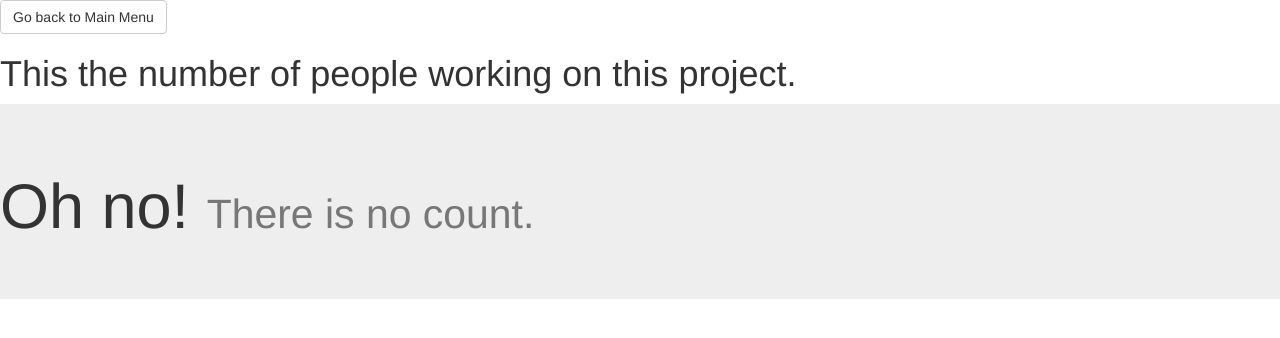
Repository: cpham19/DatabaseSite
Page: http://localhost/database/ViewCount.jsp
These files come from the project's save history. The page is drawn as it stood at one moment and after the next save; the edit follows.
The browser window is 1280 px wide. The pictures show the whole page.
The page is served by Tomcat 9. The template is opened directly, without the code that normally fills it, so the values that code supplies are empty.

Above is the page before, as saved 2017-08-03 21:43:56.

After the next save:
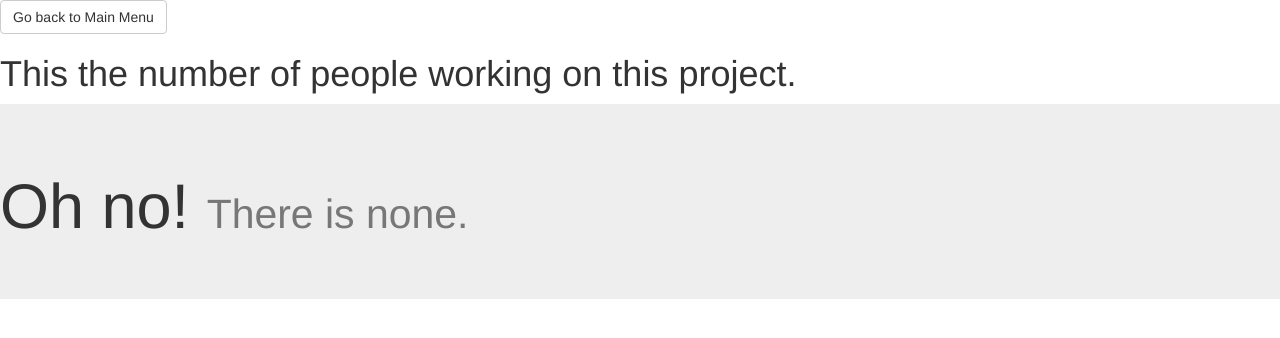
Saved 10 s later.
--- a/database/src/main/webapp/ViewCount.jsp
+++ b/database/src/main/webapp/ViewCount.jsp
@@ -14,7 +14,7 @@
 	<h1>This the number of people working on this project. </h1>
 	<c:if test="${empty count}">
 		<div class="jumbotron">
-			<h1>Oh no! <small>There is no count.</small></h1>
+			<h1>Oh no! <small>There is none.</small></h1>
 		</div>
 	</c:if>
 
